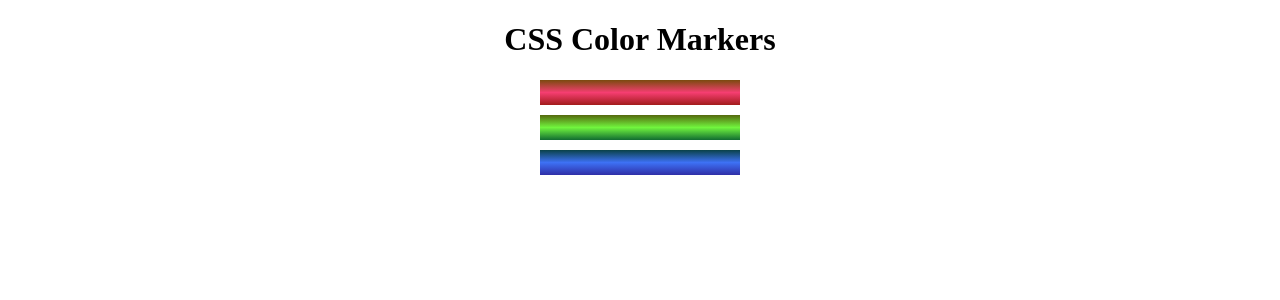
Repository: AimenDje/ColoredMarkers
Page: index.html
An editor plug-in stored every save of this project. The page is shown before and after the next save, followed by the edit.
The browser window is 1280 px wide. The pictures show the whole page.

Above is the page before, as saved 2025-05-09 01:58:16.

After the next save:
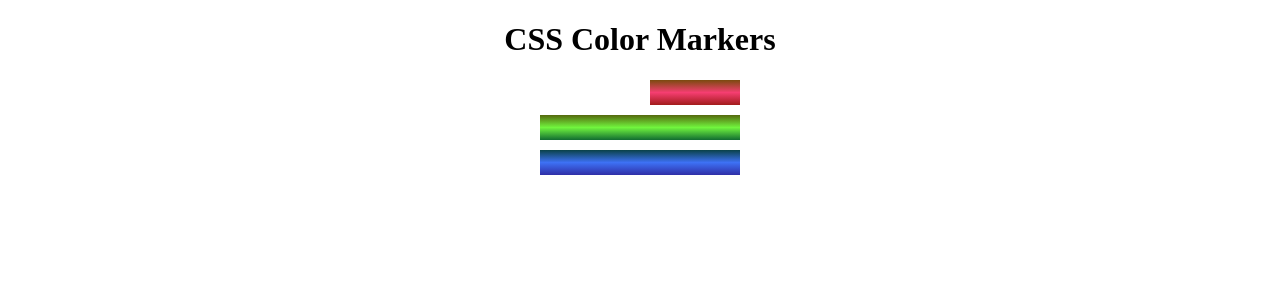
Saved 100 s later.
--- a/styles.css
+++ b/styles.css
@@ -19,3 +19,9 @@
 .blue {
   background: linear-gradient(hsl(186, 76%, 16%), hsl(223, 90%, 60%),hsl(240, 56%, 42%));
 }
+
+.sleeve {
+  width: 110px;
+  height: 25px;
+  background-color:white;
+}

After the 3 saves that followed:
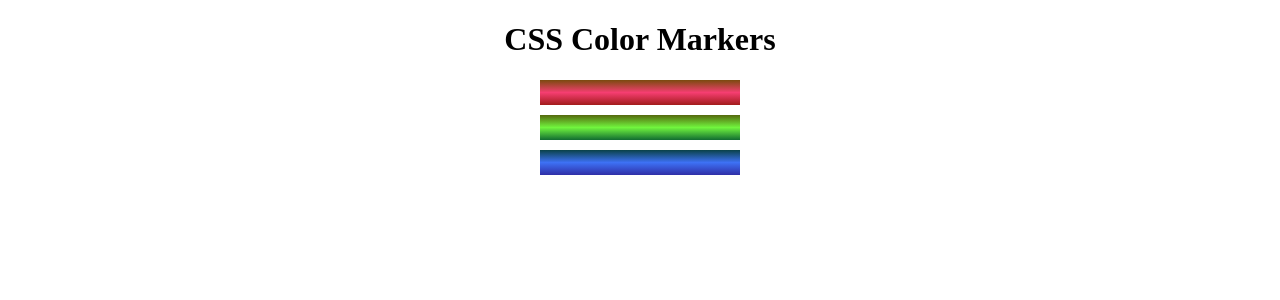
The 3 saves are shown as one change because 2 left the picture as it was.
The last was saved 6 min 8 s later.
--- a/index.html
+++ b/index.html
@@ -10,7 +10,8 @@
         <h1>CSS Color Markers</h1>
         <div class="container">
             <div class="marker red">
-                <div class="sleeve"> </div>
+                <div class="cap"></div>
+                <div class="sleeve"></div>
             </div>
             <div class="marker green">
             </div>
--- a/styles.css
+++ b/styles.css
@@ -23,5 +23,10 @@
 .sleeve {
   width: 110px;
   height: 25px;
-  background-color:white;
+  background-color: white;
 }
+
+.cap{
+  width:60px;
+  height:25px;
+}
